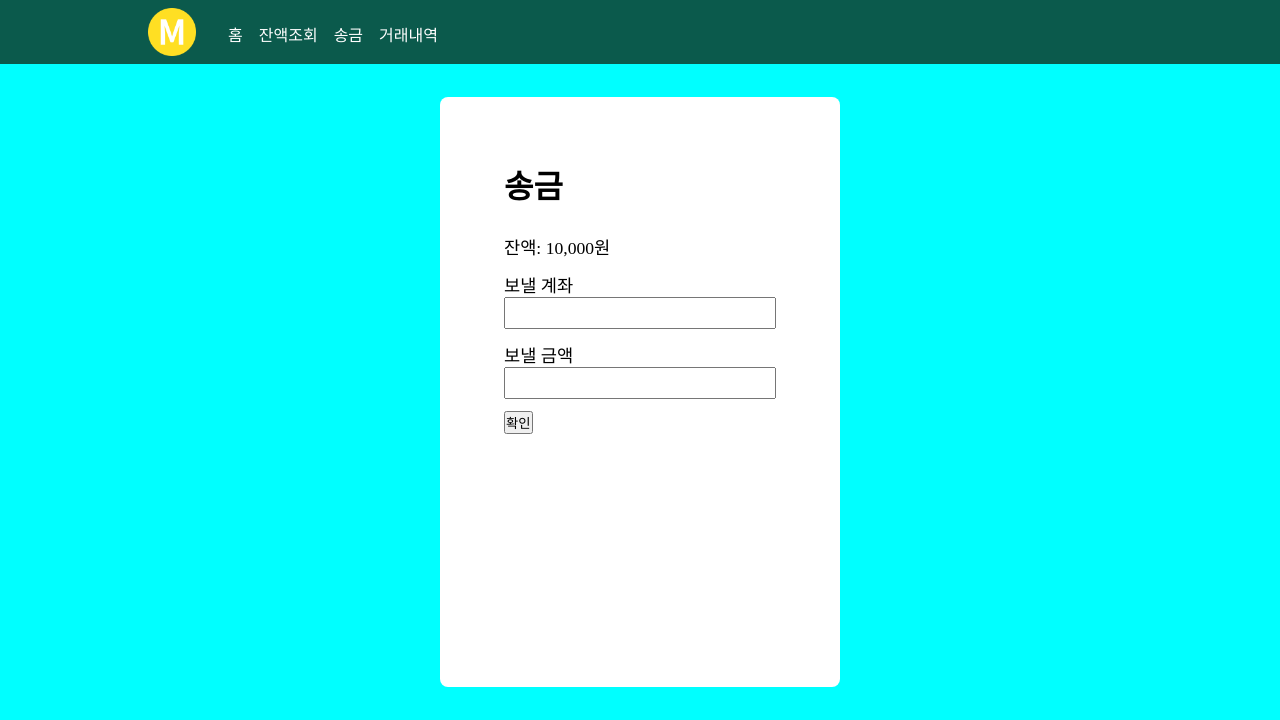
Repository: JiNookk/makaobank
Page: week06/makaoBank/transfer.html
An editor plug-in stored every save of this project. The page is shown before and after the next save, followed by the edit.
The browser window is 1280 px wide. The pictures show the whole page.

Above is the page before, as saved 2022-09-13 17:45:16.

After the next save:
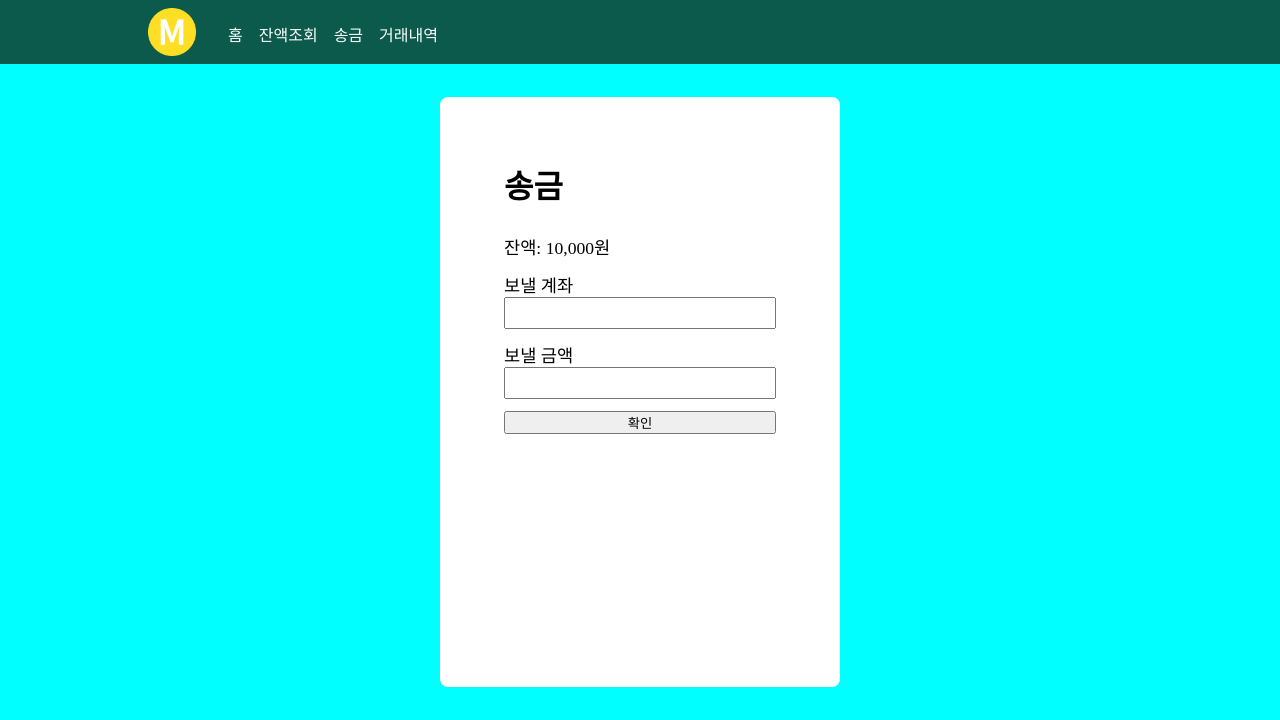
Saved 53 s later.
--- a/week06/makaoBank/css/elements.css
+++ b/week06/makaoBank/css/elements.css
@@ -98,3 +98,8 @@ input{
 
     /* border: rgb(109, 108, 108); */
 }
+form button{
+
+    width: 100%;
+
+}
